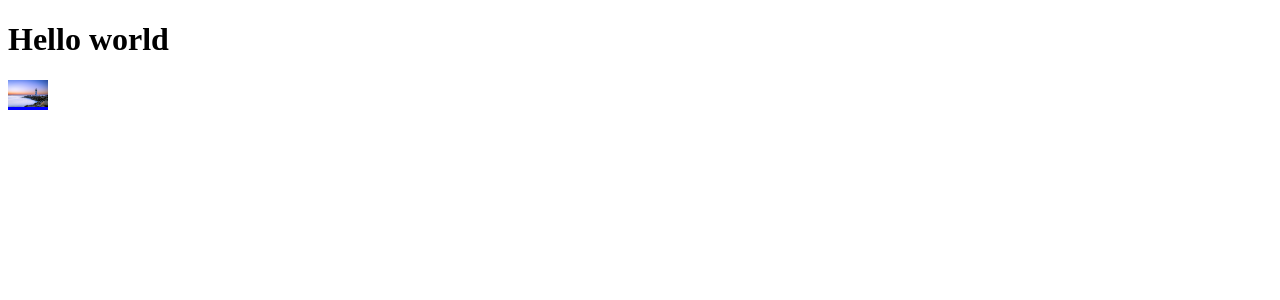
Repository: RPSKumara/DPEdudationPyhton
Page: ImageStyle/index.html
These files come from the project's save history. The page is drawn as it stood at one moment and after the next save; the edit follows.
The browser window is 1280 px wide. The pictures show the whole page.

Above is the page before, as saved 2022-04-20 10:03:27.

After the next save:
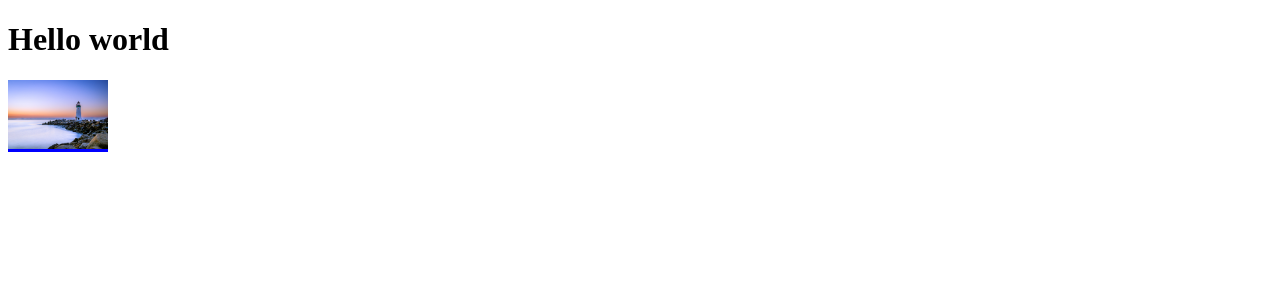
Saved 6 s later.
--- a/ImageStyle/style.css
+++ b/ImageStyle/style.css
@@ -1,5 +1,5 @@
 .previewImg{
-    width: 40px;
+    width: 100px;
 }
 .imageSlider{
     min-width: 80%;
